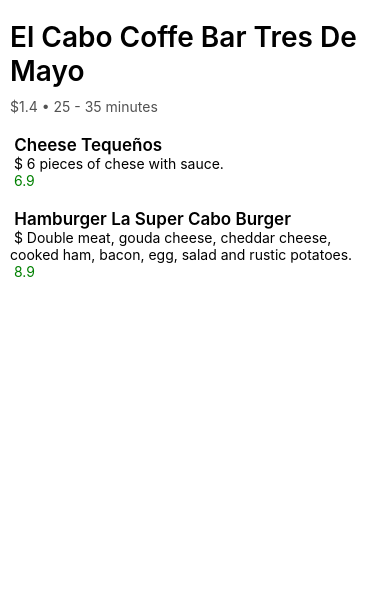
Repository: leroy-netizen/rn-uber-eats-client
Screen: /
An editor plug-in stored every save of this project. The screen is shown before and after the next save, followed by the edit.
The pictures show rows 234 to 844 of an output 844 px tall.
The app was drawn by React Native's web renderer in a window 390 px wide. The project was rebuilt for these pictures with package versions that can differ from the ones it lists, and the page was loaded fresh each time. Also part of the build but not shown: src/components/restaurantItem/RestaurantItem.jsx, src/screens/HomeScreen/index.js.

Above is the screen before, as saved 2023-01-16 16:38:15.

After the next save:
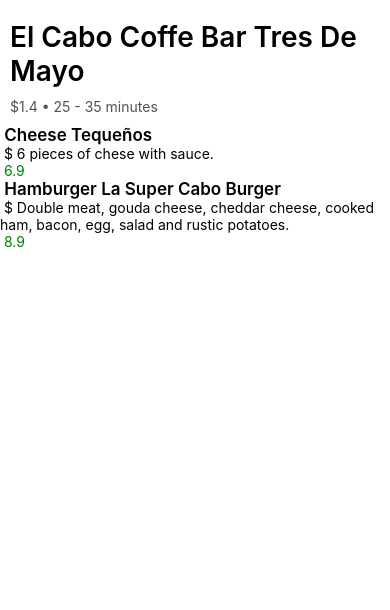
Saved 5 s later.
--- a/src/components/DishListItem/index.js
+++ b/src/components/DishListItem/index.js
@@ -12,7 +12,7 @@ const DishListItem = ({ dish }) => {
 
 const styles = StyleSheet.create({
   container: {
-    margin: 10,
+    margin: 0,
   },
   name: {
     fontSize: 17,
